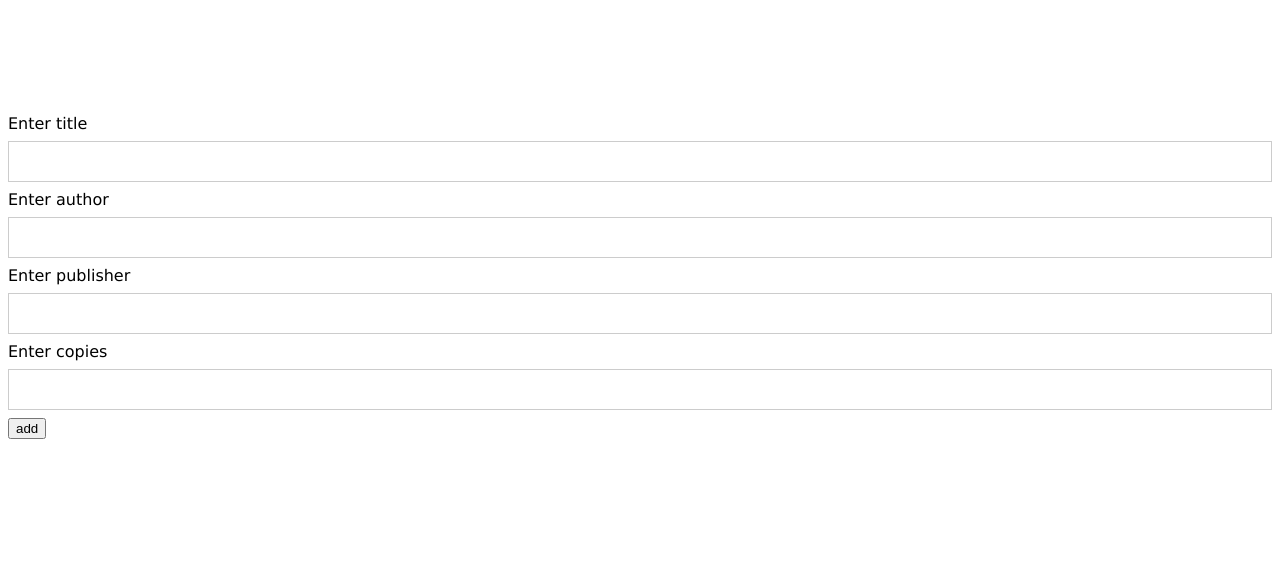
Repository: prashantvadlamani/Library-Management-System
Page: http://localhost/project/add.jsp
These files come from the project's save history. The page is drawn as it stood at one moment and after the next save; the edit follows.
The browser window is 1280 px wide. The pictures show the whole page.
The page is served by Tomcat 9.

Above is the page before, as saved 2018-08-23 06:39:01.

After the next save:
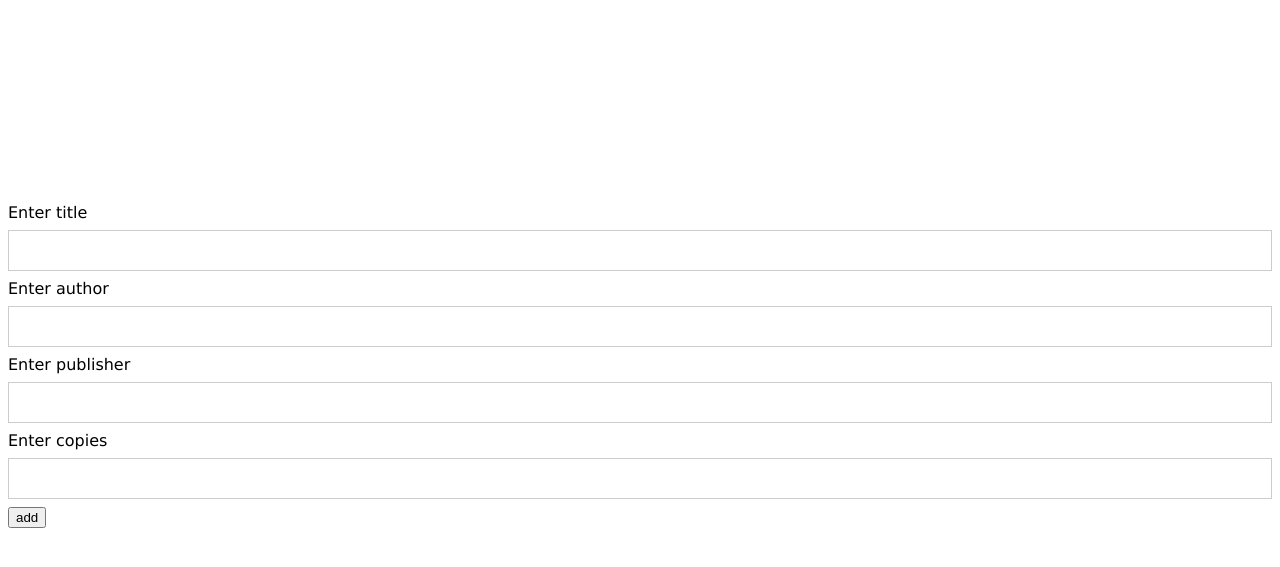
Saved 34 s later.
--- a/project/WebContent/add.jsp
+++ b/project/WebContent/add.jsp
@@ -26,6 +26,9 @@
 </style>
 </head>
 <body>
+<header>
+	   <marquee><h1>Enter the details of book</h1></marquee>
+  </header>
 	<form  method="POST" action="add">
 		Enter title<input type="text" name="title"><br>
 		Enter author<input type="text" name="author"><br>
